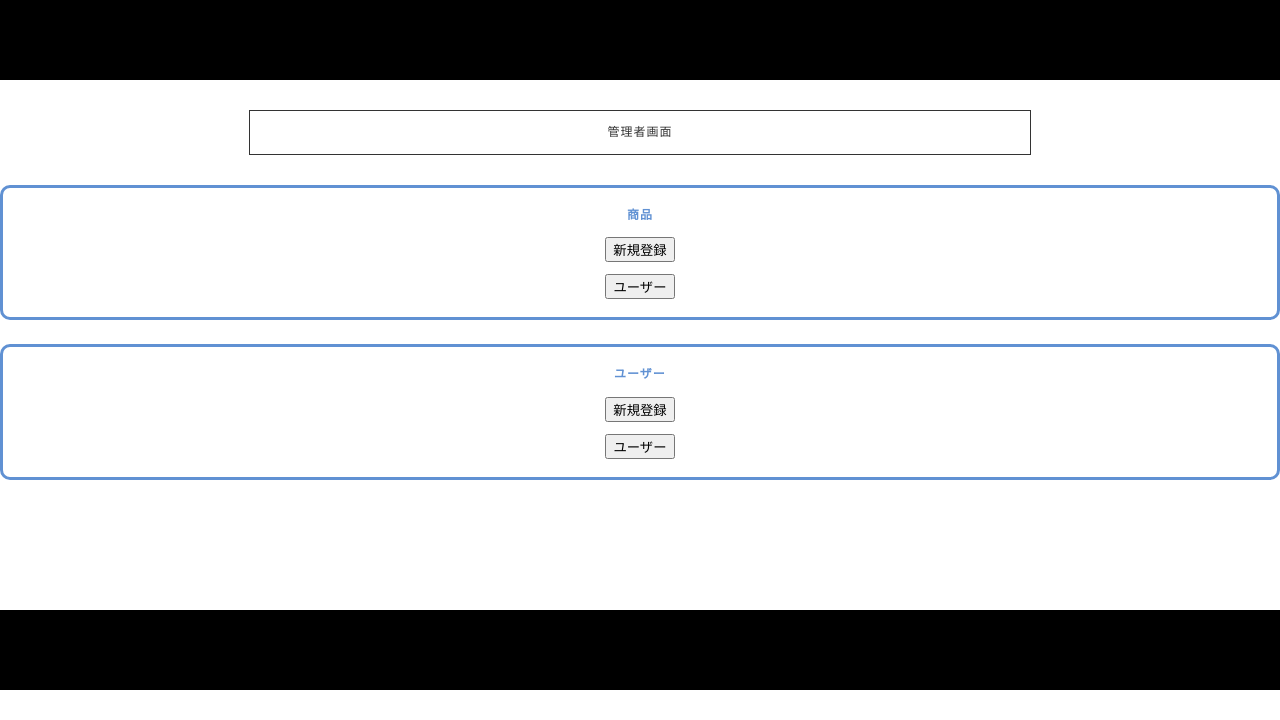
Repository: koyaman11/test
Page: http://localhost/Ecsite/admin.jsp
The author's editor kept a copy of each file at every save. The page is drawn from the files as they stood at one save, then again after the next save.
The browser window is 1280 px wide. The pictures show the whole page.
The page is served by Tomcat 9. Nobody is signed in. The application's start-up code is not run.

Above is the page before, as saved 2018-10-31 01:24:40.

After the next save:
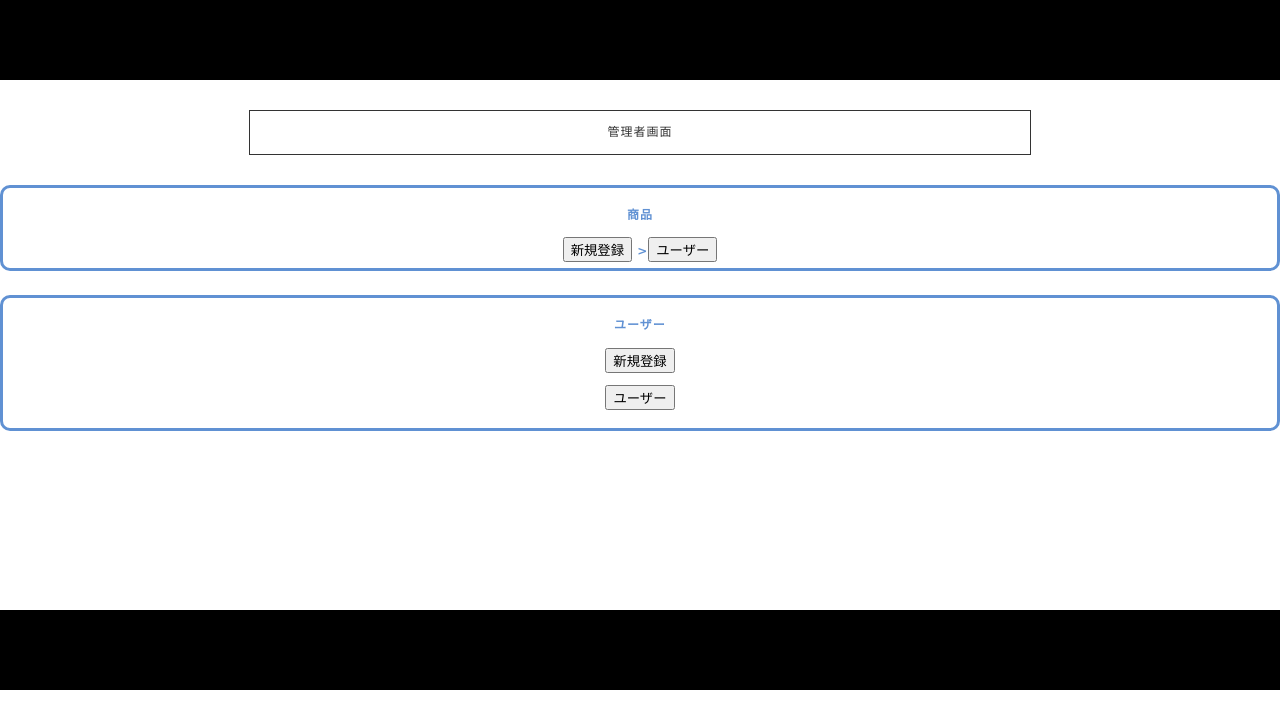
Saved 4 min 34 s later.
--- a/Ecsite/WebContent/admin.jsp
+++ b/Ecsite/WebContent/admin.jsp
@@ -98,9 +98,10 @@ text-align:center;
 <div id="text-center">
 <div id="box">
 <p>商品</p>
-<p><input type="button" value="新規登録" onclick="submitAction('ItemCreateAction')"/><p>
-<p><input type="button" value="ユーザー" onclick="submitAction('ItemListAction')"/><p>
-</div></div>
+<tr>
+ <td><input type="button" value="新規登録" onclick="submitAction('ItemCreateAction')"/><td>
+ <td>><input type="button" value="ユーザー" onclick="submitAction('ItemListAction')"/><td>
+</tr></div></div>
 
 <div id="text-center">
 <div id="box">
